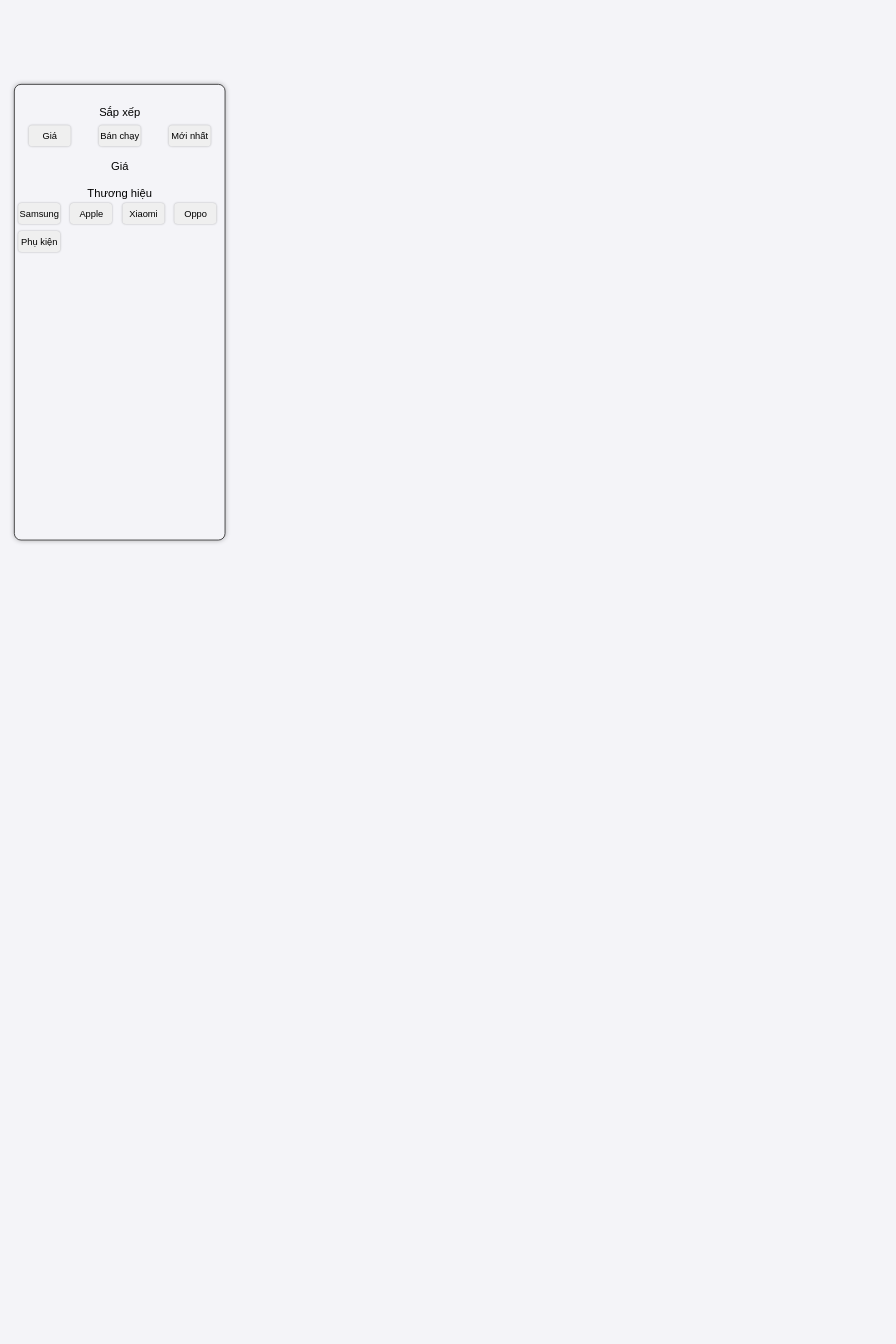
Repository: TrungSonQNIT2k4/ZENTECH
Page: showsp.html
The author's editor kept a copy of each file at every save. The page is drawn from the files as they stood at one save, then again after the next save.
The browser window is 1280 px wide. The pictures show the whole page, at 70% of full size.
Some web fonts or font styles are not loaded; a fallback is used.

Above is the page before, as saved 2024-11-22 21:34:14.

After the next save:
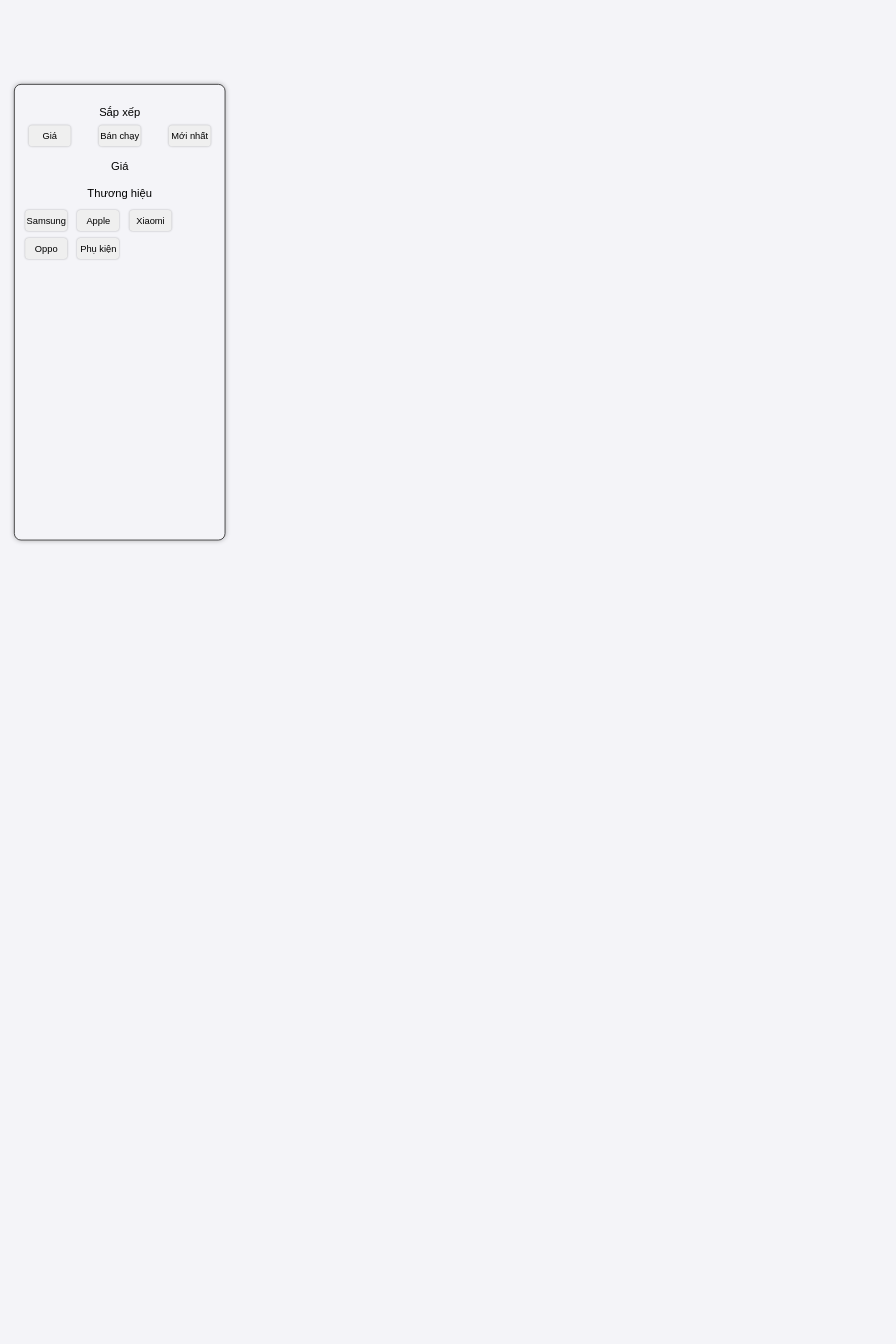
Saved 5 s later.
--- a/style.css
+++ b/style.css
@@ -362,7 +362,7 @@
   margin-top: 20px;
 }
 .Brand_tools{
-  margin
+  margin: 10px;
 }
 .Brand_tools button{
   margin: 5px;
